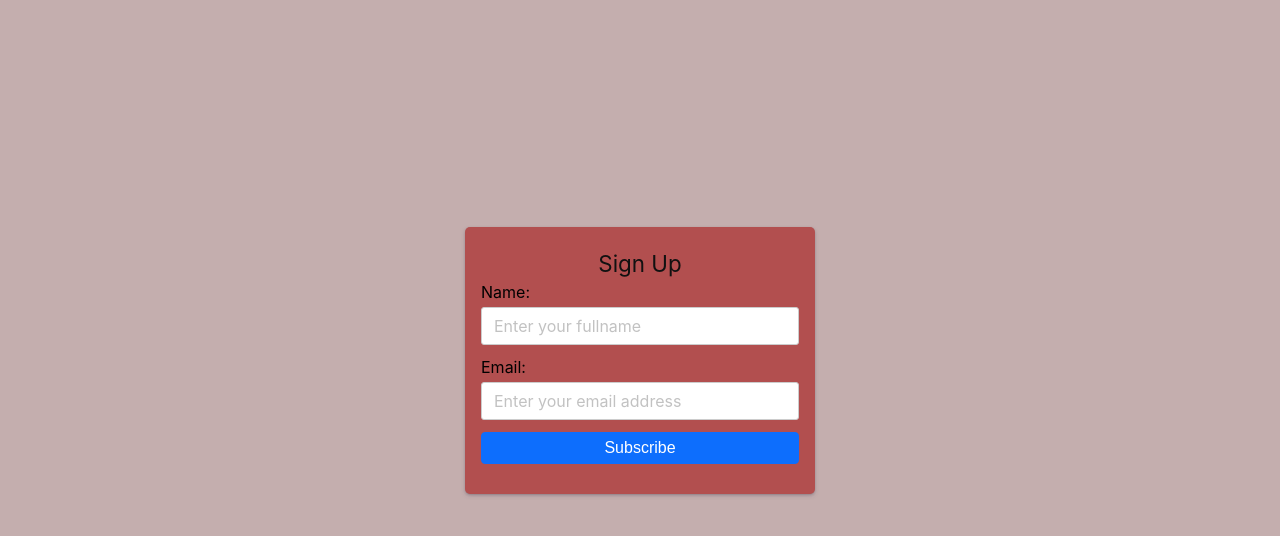
Repository: HoangDuy315/web-dev2022
Page: hw151022/ex2/ex2.2/index.html
These files come from the project's save history. The page is drawn as it stood at one moment and after the next save; the edit follows.
The browser window is 1280 px wide. The pictures show the whole page.

Above is the page before, as saved 2022-10-15 15:05:58.

After the next save:
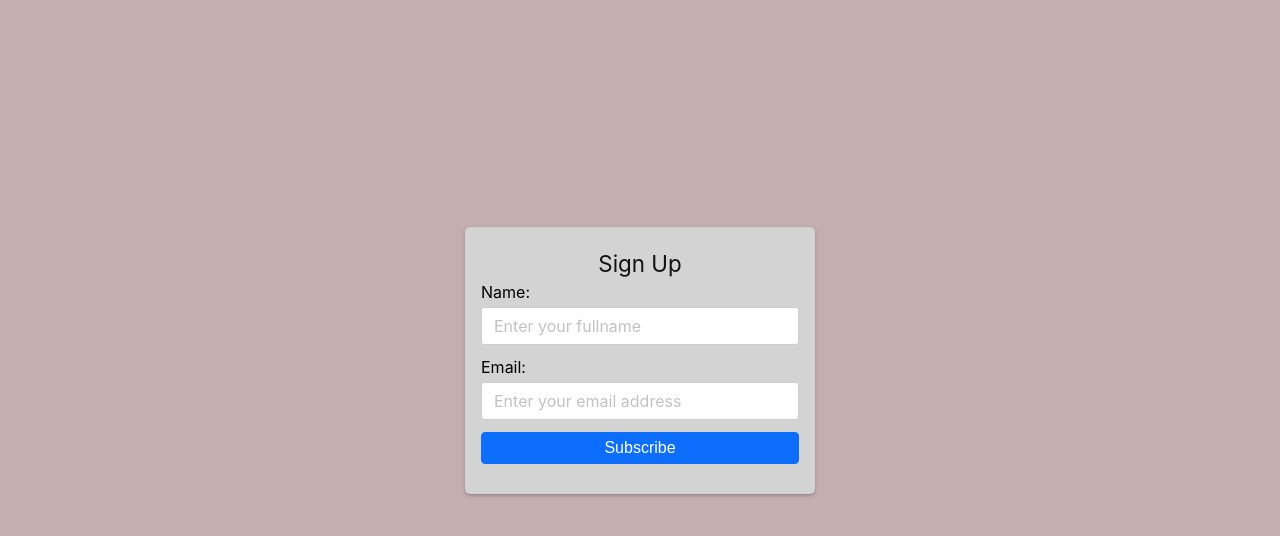
Saved 4 s later.
--- a/hw151022/ex2/ex2.2/index.css
+++ b/hw151022/ex2/ex2.2/index.css
@@ -16,7 +16,7 @@ body {
 }
 
 .container {
-  background-color: rgb(178, 79, 79);
+  background-color: rgb(212, 211, 211);
   border-radius: 5px;
   box-shadow: rgba(50, 50, 93, 0.25) 0px 2px 5px -1px,
     rgba(0, 0, 0, 0.3) 0px 1px 3px -1px;
